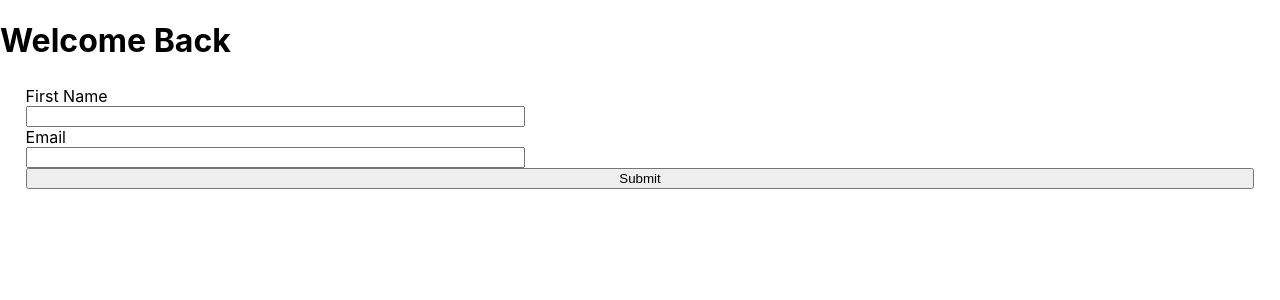
Repository: fatimash2123/todoApp
Page: /
An editor plug-in stored every save of this project. The page is shown before and after the next save, followed by the edit.
The browser window is 1280 px wide. The pictures show the whole page.
The project was rebuilt for these pictures with package versions that can differ from the ones it lists, and the page was loaded fresh each time.

Above is the page before, as saved 2024-02-12 13:07:16.

After the next save:
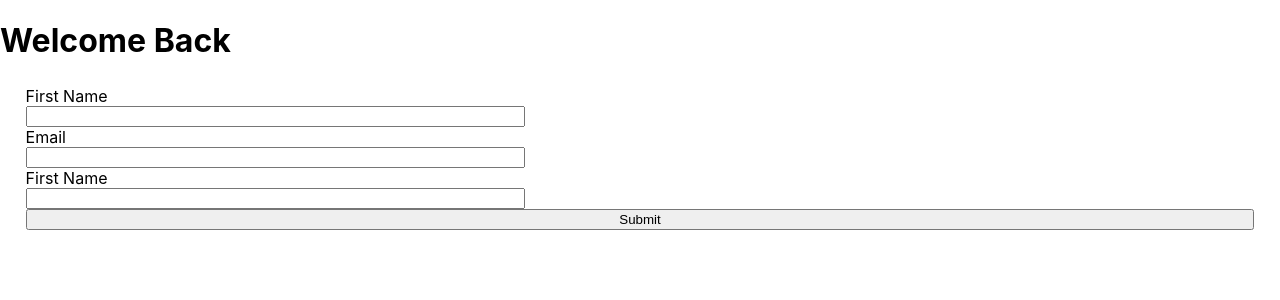
Saved 7 min 11 s later.
--- a/src/pages/Login/Login.tsx
+++ b/src/pages/Login/Login.tsx
@@ -1,10 +1,15 @@
 import styles from "./Login.module.css";
 import { Formik, Form, Field, ErrorMessage } from "formik";
-
+import CustomFormikInputComponent from "../../components/CustomFormikInputComponent/CustomFormikInputComponent";
 
 interface FormikState {
   name: string;
   email: string;
+}
+interface FieldPropsType{
+    field:any;
+    form:any,
+    meta:any
 }
 
 function Login() {
@@ -44,6 +49,17 @@ function Login() {
           <Field type="text" id="email" name="email" />
           <ErrorMessage name="email" />
 
+          <Field name="password">
+            {(props:FieldPropsType)=>{
+                console.log(props);
+                const{form,field,meta}=props
+                return(
+                    <CustomFormikInputComponent form={form} field={field} meta={meta} name={"password"} type={"password"}/>
+                )
+
+            }}
+          </Field>
+
           <button type="submit">Submit</button>
         </Form>
       </Formik>
